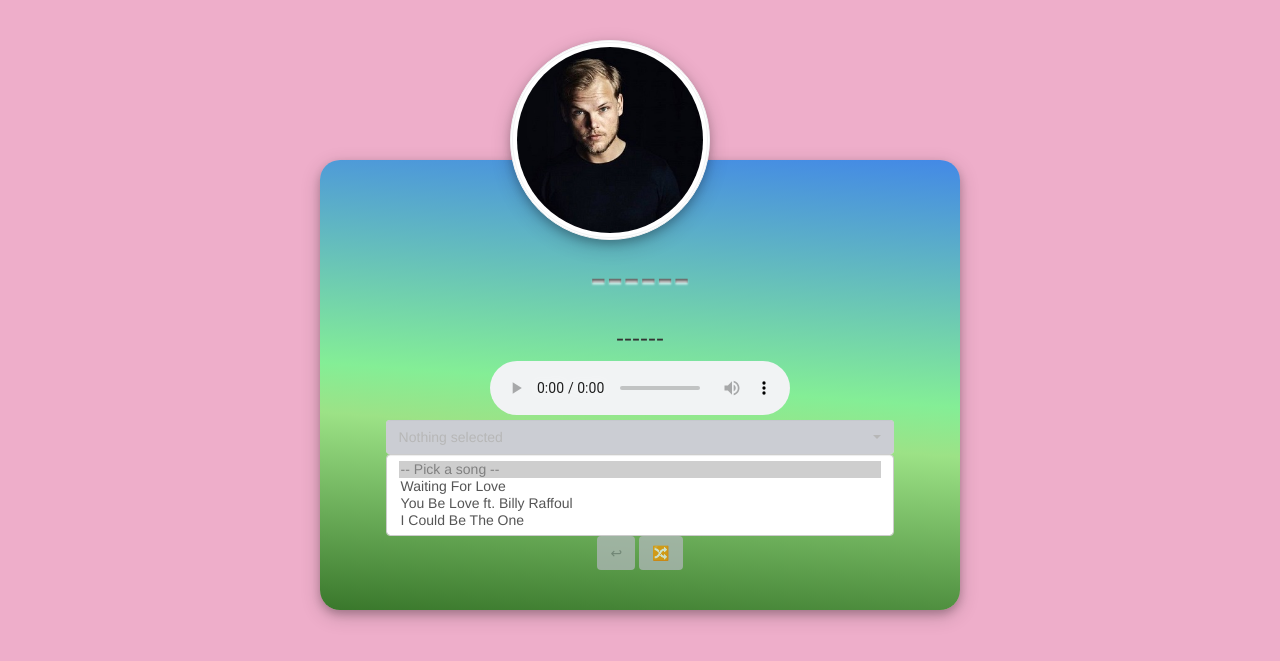
Repository: StanRodriguez/musicplayer
Page: index.html
The author's editor kept a record of every edit. The page is drawn from the files as they stood at one moment, then again after the next edit.
The browser window is 1280 px wide. The pictures show the whole page.
Some web libraries are served in a nearby version.

Above is the page before.

### index.html
<!DOCTYPE html>
<html>
<head>
    <meta charset="utf-8">
    <meta name="viewport" content="width=device-width, initial-scale=1">
	<title>Radio</title>
	<link href="https://stackpath.bootstrapcdn.com/bootstrap/4.1.3/css/bootstrap.min.css" rel="stylesheet" integrity="sha384-MCw98/SFnGE8fJT3GXwEOngsV7Zt27NXFoaoApmYm81iuXoPkFOJwJ8ERdknLPMO" crossorigin="anonymous">
    <link rel="stylesheet" href="https://cdnjs.cloudflare.com/ajax/libs/bootstrap-select/1.13.2/css/bootstrap-select.min.css">
    <link rel="stylesheet" href="css/main.css" type="text/css" />

    <link rel="stylesheet" href="https://maxcdn.bootstrapcdn.com/bootstrap/3.3.7/css/bootstrap.min.css">
  <script src="https://ajax.googleapis.com/ajax/libs/jquery/3.3.1/jquery.min.js"></script>
  <script src="https://maxcdn.bootstrapcdn.com/bootstrap/3.3.7/js/bootstrap.min.js"></script>



    <link href="https://fonts.googleapis.com/css?family=Chakra+Petch|Raleway" rel="stylesheet">
</head>
<body>
<div id="container">
    <img id="artistImage" src="" class="img-thumbnail">
    </img>
	<div class="words">
		<h1 id="song" >------</h1>
        <h3 id="artist">------</h3>
	</div>
    <audio class="audio" controls="controls" id="audio">
		<source type="audio/mpeg" src="">
	</audio>

    <!----- need to style this and add things -->
	<br>
	<div class="test">
    <select id="artists" class="form-control selectpicker" data-live-search="true">
        <!--<option value="Ariana Grade">Ariana Grande</option>-->
        <!--<option value="Ed Sheeran">Ed Sheeran</option>-->
        <!--<option value="Ariana Grade">Ariana Grande</option>-->
    </select>
    <!--<ul class="list-group">-->
    <!--    <li class="list-group-item">Waiting for Love</li>-->
    <!--    <li class="list-group-item">Cras justo odio</li>-->
    <!--</ul>-->
    <select id="songs" class="form-control">


    </select>
    <button type="button" class="btn" id="loop">&#8617;</button>

    <button type="button" class="btn" id="shuffle">&#128256;</button>

    </div>

    <!---- ############# ---->


</div>

</body>
</html>
<script
src="https://code.jquery.com/jquery-3.3.1.min.js"
integrity="sha256-FgpCb/KJQlLNfOu91ta32o/NMZxltwRo8QtmkMRdAu8="
crossorigin="anonymous"></script>
<script src="https://cdnjs.cloudflare.com/ajax/libs/popper.js/1.12.9/umd/popper.min.js" integrity="sha384-ApNbgh9B+Y1QKtv3Rn7W3mgPxhU9K/ScQsAP7hUibX39j7fakFPskvXusvfa0b4Q" crossorigin="anonymous"></script>
<script src="https://stackpath.bootstrapcdn.com/bootstrap/4.1.3/js/bootstrap.min.js" integrity="sha384-ChfqqxuZUCnJSK3+MXmPNIyE6ZbWh2IMqE241rYiqJxyMiZ6OW/JmZQ5stwEULTy" crossorigin="anonymous"></script>
<script src="https://cdnjs.cloudflare.com/ajax/libs/bootstrap-select/1.13.2/js/bootstrap-select.min.js"></script>
<script type="text/javascript" src="js/main.js"></script>

### css/main.css
* {
	outline: none
}

body {
	background: rgb(238,174,202) !important;
background: linear-gradient(183deg, rgba(238,174,202,1) 0%, rgba(148,187,233,1) 100%);
    font-family: 'Raleway', sans-serif;
}

#container {
	position: absolute;
    /*box-sizing: border-box;*/
background: rgb(67,137,230);
background: linear-gradient(184deg, rgba(67,137,230,1) 0%, rgba(132,238,150,1) 50%, rgba(156,226,134,1) 60%, rgba(57,119,43,1) 100%);
	width: 50%;
	height: 450px;
	top: 50px;
	left: 0;
    text-align: center;
	padding: 20px 2%;
	box-shadow: 0 4px 8px 0 rgba(0, 0, 0, 0.2), 0 6px 20px 0 rgba(0, 0, 0, 0.19);
	border-radius: 20px;
	bottom: 0;
	right: 0;
	margin: auto;

}
.words{
	margin-top: 70px;
}

.words h1{
	font-size: 50px;
	margin: 0;
	color: #b6b9c1;
	background-color: #666666;
    -webkit-background-clip: text;
    background-clip: text;
    color: transparent;
    text-shadow: rgba(255,255,255,0.6) 0px 2px 2px;
}
h3 {
	font-family: 'Chakra Petch', sans-serif;
	color: #232426;
	font-size: 22px;
}

h6 {
    color: #4d4e56;
}

#artistImage {
  width: 200px;
  height: 200px;
  border: #F1F3F4 double;
  border-radius: 50%;
  position: absolute;
  right: 250px;
  bottom: 370px;
  box-shadow: 0 4px 8px 0 rgba(0, 0, 0, 0.2), 0 6px 20px 0 rgba(0, 0, 0, 0.19);
}

.test {
	padding: 0 40px;
}

.btn {
	background-color: #b6b9c1;
	opacity: 0.7;
	color: #797D87;
}

.btn:hover {
	opacity: 1;
	background-color: #FFFFFF;
	box-shadow: 1px 1px 5px white;
}

#shuffle:active,
#loop:active {
	background-color: rgba(137, 151, 183, 0.6);
}

### js/main.js
$(function() {
    const folder = "audio/";
    const ext = ".mp3";
	const singers = [
		{
	    	firstName:"Avicii",
	    	lastName:"",
	    	folder: "avicii/",
	    	pic:"images/avicii/1.jpg",
	    	songs:[
	    		"Waiting For Love","You Be Love ft. Billy Raffoul","I Could Be The One"
	    	]
		},
	    {
	    	firstName:"Bazzi",
	    	lastName:"",
	    	folder: "bazzi/",
	    	pic:"images/bazzi/1.jpg",
	    	songs:[
	    		"Beautiful feat. Camila"
	    	]
		}
	]

	class Radio{
		constructor(singers,folder,ext){
			this.singers = singers;
			this.folder = folder;
			this.ext = ext;
		}
		presentArtists(){
			// 		console.log(this.singers[0].songs[0])
			// for (let key in this.singers) {
			// 	console.log(this.singers[key].songs);
			// }
			// let singersLength = this.singers.length;
			//.attr('size',singersLength)
			$.each(this.singers,function (key, value ) {
				$('#artists').append(
					$("<option>").val(key).text(`${value.firstName} ${value.lastName}`)
				);
			});

			// console.log(this.singers[1].songs[0]);
			//\ this.changeSongList();
		}
		changeSongList(){
			//I cannot use this.singers inside the function
			let singers = this.singers;

			//when another singer is selected
			$("#artists").on("change",this.updateSongList);
		}
		updateSongList(){
			//console.log(this.singers);
			//empty the list of songs before adding them
			$("#songs").empty();

			//Grab the selected artist
			let selectedArtist = $("#artists").val();

			// console.log(singers[selectedArtist].pic);
			 $("#artistImage").attr("src",singers[selectedArtist].pic);
			//grab the songs of the selected artist
			let songs = singers[selectedArtist].songs;

			//grab the length of the song so I can set the limit of the list
			let songsLength = songs.length;
			// console.log(songs);
			// <option disabled selected value> -- select a song -- </option>
			$("#songs").append(
					$("<option>").attr("disabled","disabled").attr("selected","selected").attr("value",null).text("-- Pick a song --")
				);
			$.each(songs,function (key, value) {
				// body...
				// .attr("size",songsLength)
				$("#songs").attr("size",songsLength+1).append(
					$("<option>").val(key).text(`${value}`)
				);
			});
		}
		playSong(){
			let then = this;
			$("#songs").on("change",function () {
				// body...
				let selectedSong =$("#songs option:selected");
				let selectedArtist =$("#artists option:selected");
				let selectedArtistFolder =then.singers[selectedArtist.val()].folder;

				$("#song").text(selectedSong.text());
				$("#artist").text(selectedArtist.text());

				let audio = document.getElementById("audio");
				 //$("#player").attr("src","").play;
				audio.setAttribute("src", then.folder+selectedArtistFolder+selectedSong.text()+then.ext);
				audio.play();
			});
		}
		toggleLoop(){
			$("#loop").on("click",function() {
			    let audio = document.getElementById("audio");
				if (audio.loop) {
					audio.loop = false;
					$("#loop").removeClass("btn-primary");
				}
				else{
					audio.loop = true;
					$("#loop").addClass("btn-primary");
				}
			});
		}
		toggleShuffle(){
			let then = this;
			$("#shuffle").on("click",function() {
			     let songsLength = $("#songs option").length-1;
			     let randomIndex = Math.floor(Math.random()* songsLength);
			     //console.log(randomIndex);
			     $("#songs > option").each(function () {
			     	 console.log(randomIndex +":"+ this.value)
			     	if (randomIndex == this.value) {
			     		$("#songs").val(randomIndex);
			     		$("#songs").trigger("change");
			     		 console.log("selected!");
			     	}
			     	// console.log(index +":"+ this.value);
			     });
			});

		}
	}


	let radio = new Radio(singers,folder,ext);
	radio.presentArtists();
	radio.updateSongList();
	radio.changeSongList();
	radio.playSong();
	radio.toggleLoop();
	radio.toggleShuffle();
});

After the next edit:
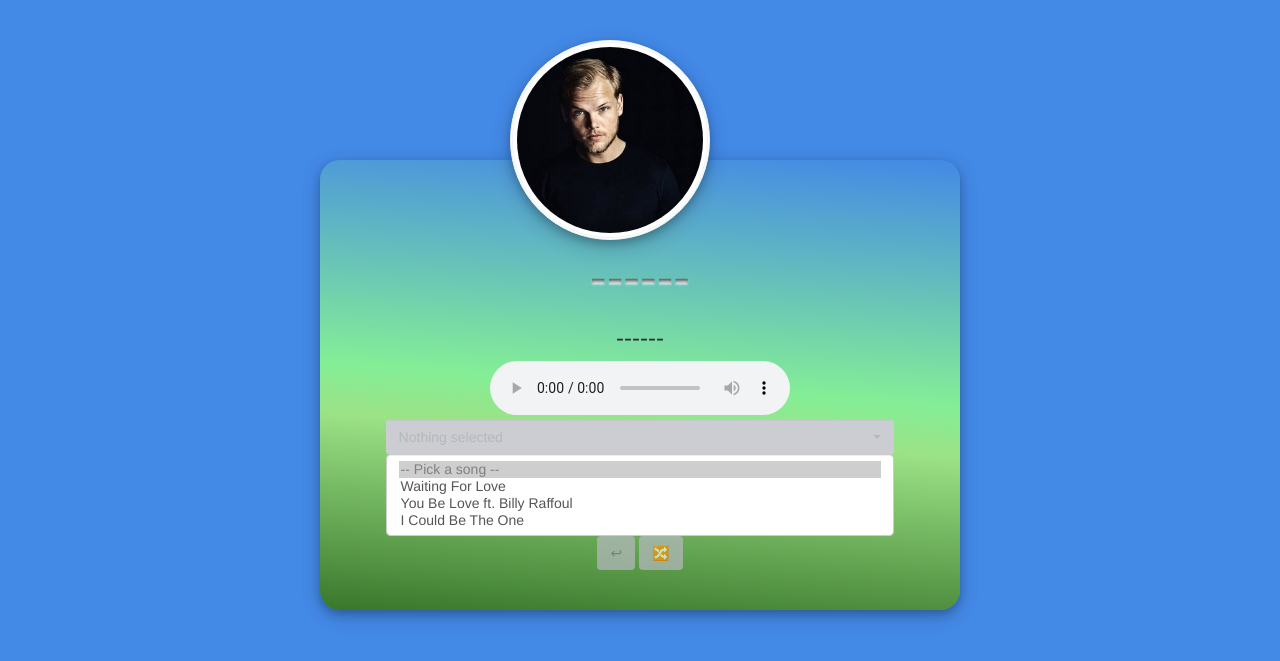
The edit:
--- a/css/main.css
+++ b/css/main.css
@@ -3,8 +3,8 @@
 }
 
 body {
-	background: rgb(238,174,202) !important;
-background: linear-gradient(183deg, rgba(238,174,202,1) 0%, rgba(148,187,233,1) 100%);
+background: rgb(67,137,230) !important;
+background: linear-gradient(180deg, rgba(67,137,230,1) 0%, rgba(93,177,198,1) 56%, rgba(132,238,150,1) 78%, rgba(156,226,134,1) 95%);
     font-family: 'Raleway', sans-serif;
 }
 
